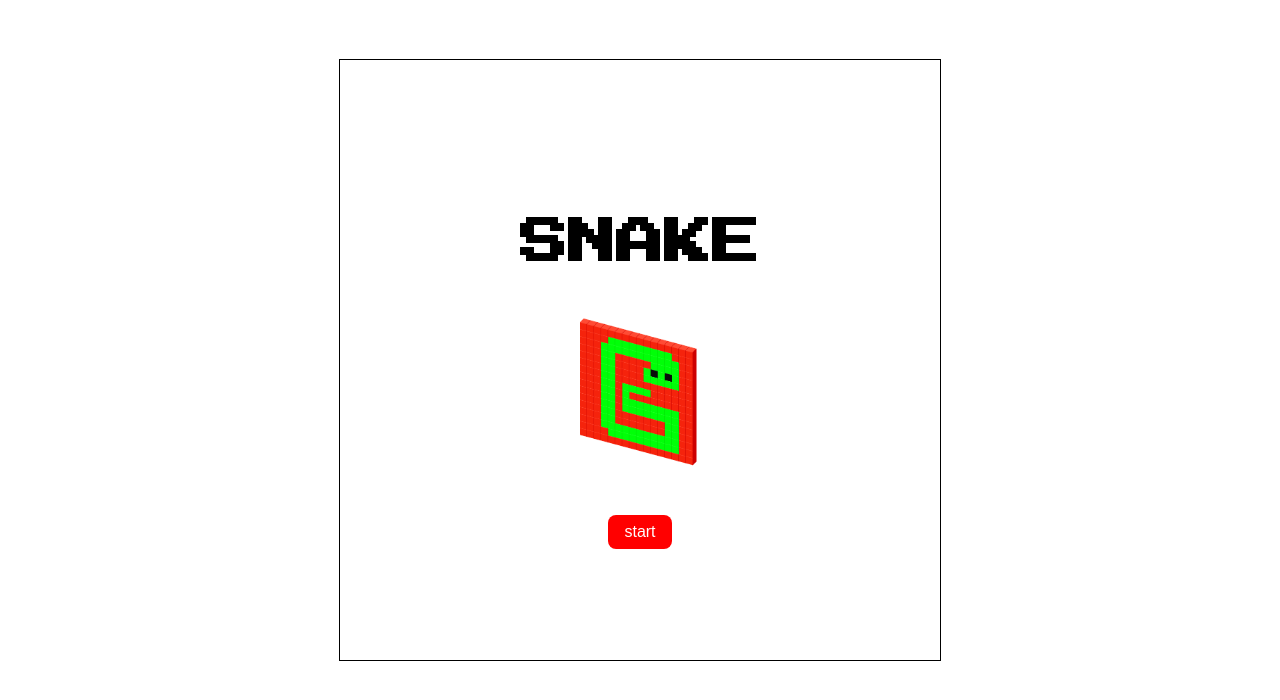
Repository: meills/react-snake
Page: /
The author's editor kept a copy of each file at every save. The page is drawn from the files as they stood at one save, then again after the next save.
The browser window is 1280 px wide. The pictures show the whole page.
The project was rebuilt for these pictures with package versions that can differ from the ones it lists, and the page was loaded fresh each time. Also part of the build but not shown: src/components/Snakeboard.js, src/styles/App.css.

Above is the page before, as saved 2020-06-15 18:20:15.

After the next save:
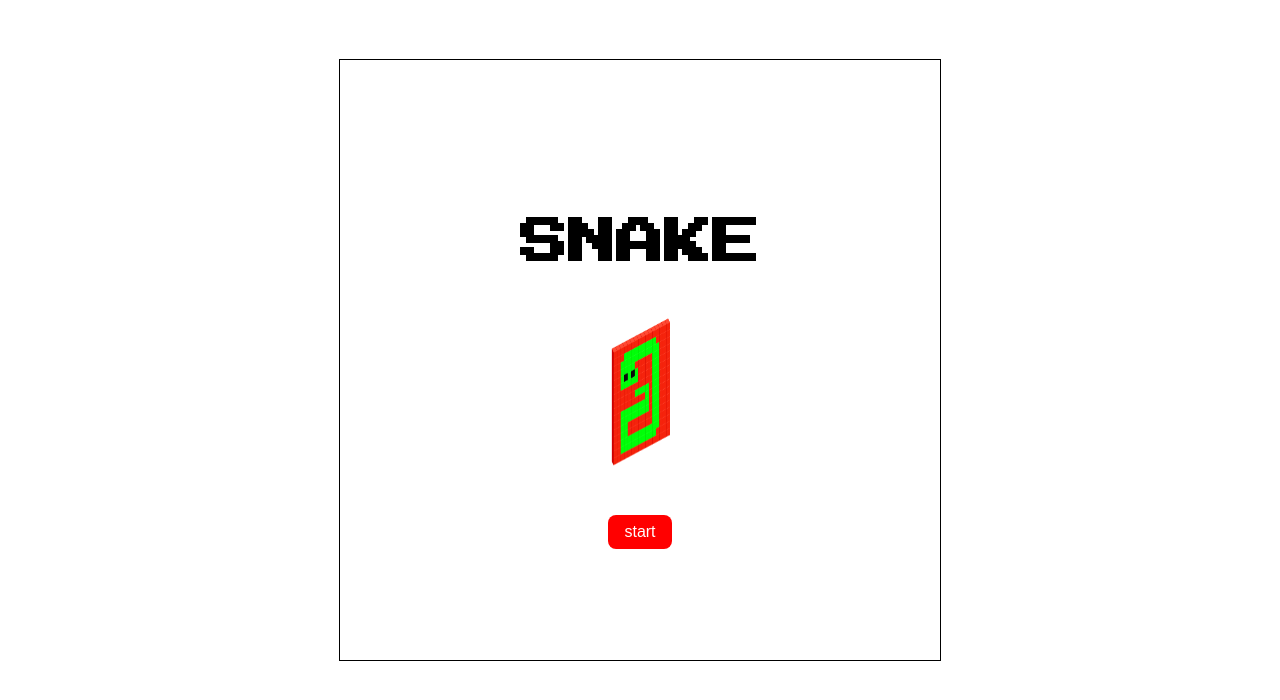
Saved 11 s later.
--- a/src/styles/snakeboard.css
+++ b/src/styles/snakeboard.css
@@ -36,8 +36,19 @@
     animation: animate 3s linear infinite;
 }
 
-@-webkit-keyframes spin { 100% { -webkit-transform: rotate(360deg); } }
-@keyframes spin { 100% { -webkit-transform: rotate(360deg); transform:rotate(360deg); } }
+@-webkit-keyframes animate {
+    to {
+        -webkit-transform: rotateY(-360deg);
+                transform: rotateY(-360deg);
+    }
+}
+
+@keyframes animate {
+    to {
+        -webkit-transform: rotateY(-360deg);
+                transform: rotateY(-360deg);
+    }
+}
 
 
 button {
